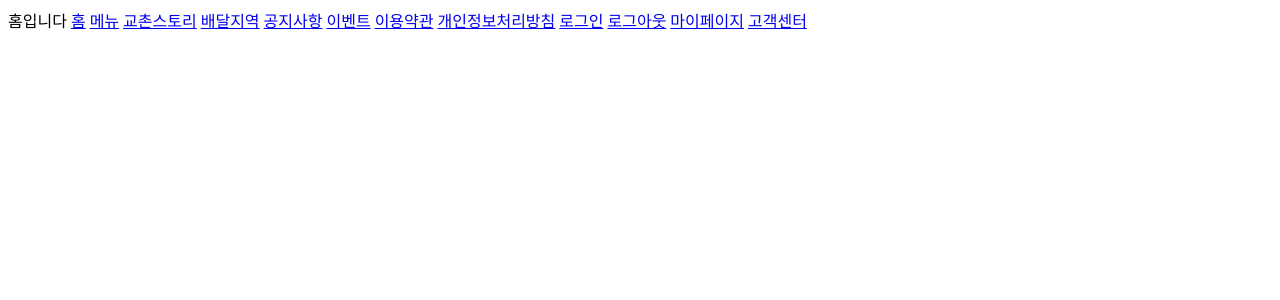
Repository: ih0615/project
Page: http://localhost/kkyochon/views/index.jsp
These files come from the project's save history. The page is drawn as it stood at one moment and after the next save; the edit follows.
The browser window is 1280 px wide. The pictures show the whole page.
The page is served by Tomcat 9. Nobody is signed in. The application's start-up code is not run.

Above is the page before, as saved 2020-12-04 03:43:35.

After the next save:
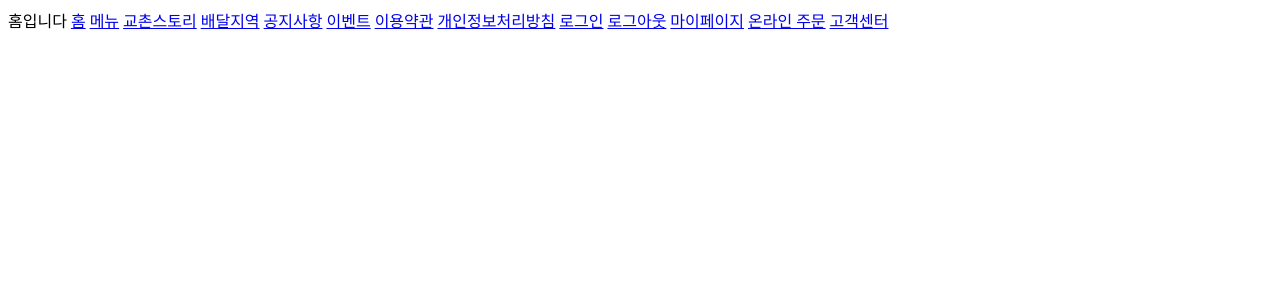
Saved 49 s later.
--- a/kkyochon/WebContent/views/index.jsp
+++ b/kkyochon/WebContent/views/index.jsp
@@ -19,6 +19,7 @@
 	<a href="/member/loginForm">로그인</a>
 	<a href="/member/logout">로그아웃</a>
 	<a href="/member/myPage">마이페이지</a>
+	<a href="/order/">온라인 주문</a>
 	<a href="/csc/csc">고객센터</a>
 </body>
 </html>
